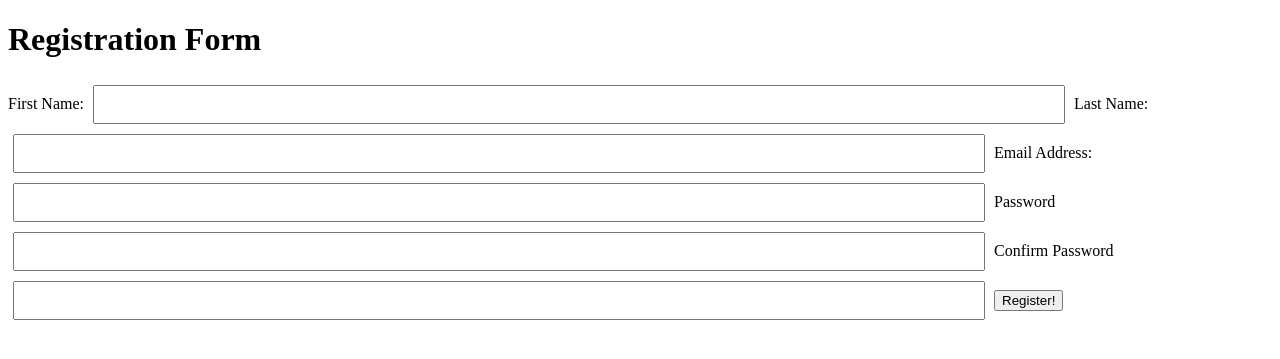
Repository: ryanaanderson0/COSW30
Page: http://localhost/Labwork/Lab2/register.php
The author's editor kept a record of every edit. The page is drawn from the files as they stood at one moment, then again after the next edit.
The browser window is 1280 px wide. The pictures show the whole page.
The page is run by PHP 8.4 with error messages shown; the project is at /var/www/html/.

Above is the page before.

### Labwork/Lab2/register.php
<!DOCTYPE html>
<html>
    <head>
        <meta charset="uft-8">
        <title>Registration form</title>
        <style>
            input{
                width: 75%;
                padding: 10px;
                margin: 5px;

            }
        </style>
    </head>
    <body>
        <h1>Registration Form</h1>

        <form action="process_register.php" method="POST">
            <label>First Name:</label>
            <input type="first_name" id="first_name" name="first_name" required>

            <label>Last Name:</label>
            <input type="last_name" id="last_name" name="last_name" required>

            <label>Email Address:</label>
            <input type="email" id="email" name="email" required>

            <label>Password</label>
            <input type="password" id="password" name="password" required>

            <label>Confirm Password</label>
            <input type="password" id="confirm_password" name="confirm_password" required>

            <button>Register!</button>
        </form>

    </body>
</html>

After the next edit:
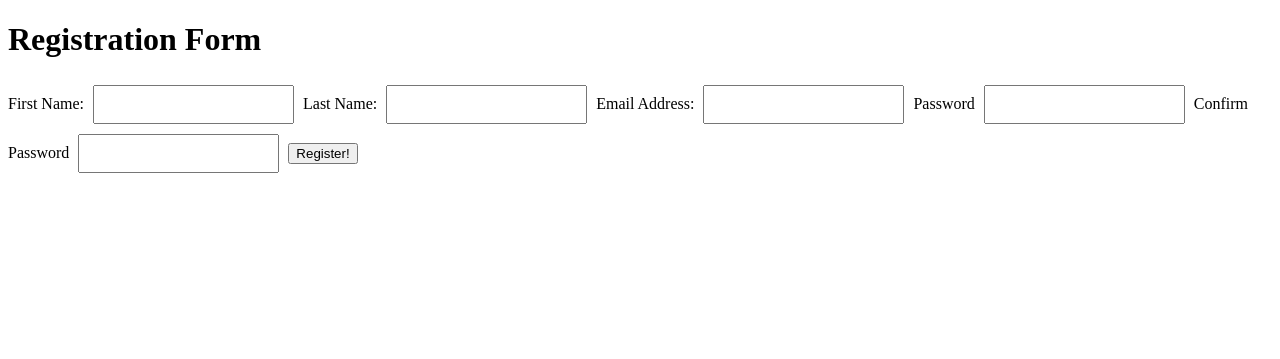
The edit:
--- a/Labwork/Lab2/register.php
+++ b/Labwork/Lab2/register.php
@@ -5,7 +5,6 @@
         <title>Registration form</title>
         <style>
             input{
-                width: 75%;
                 padding: 10px;
                 margin: 5px;
 
